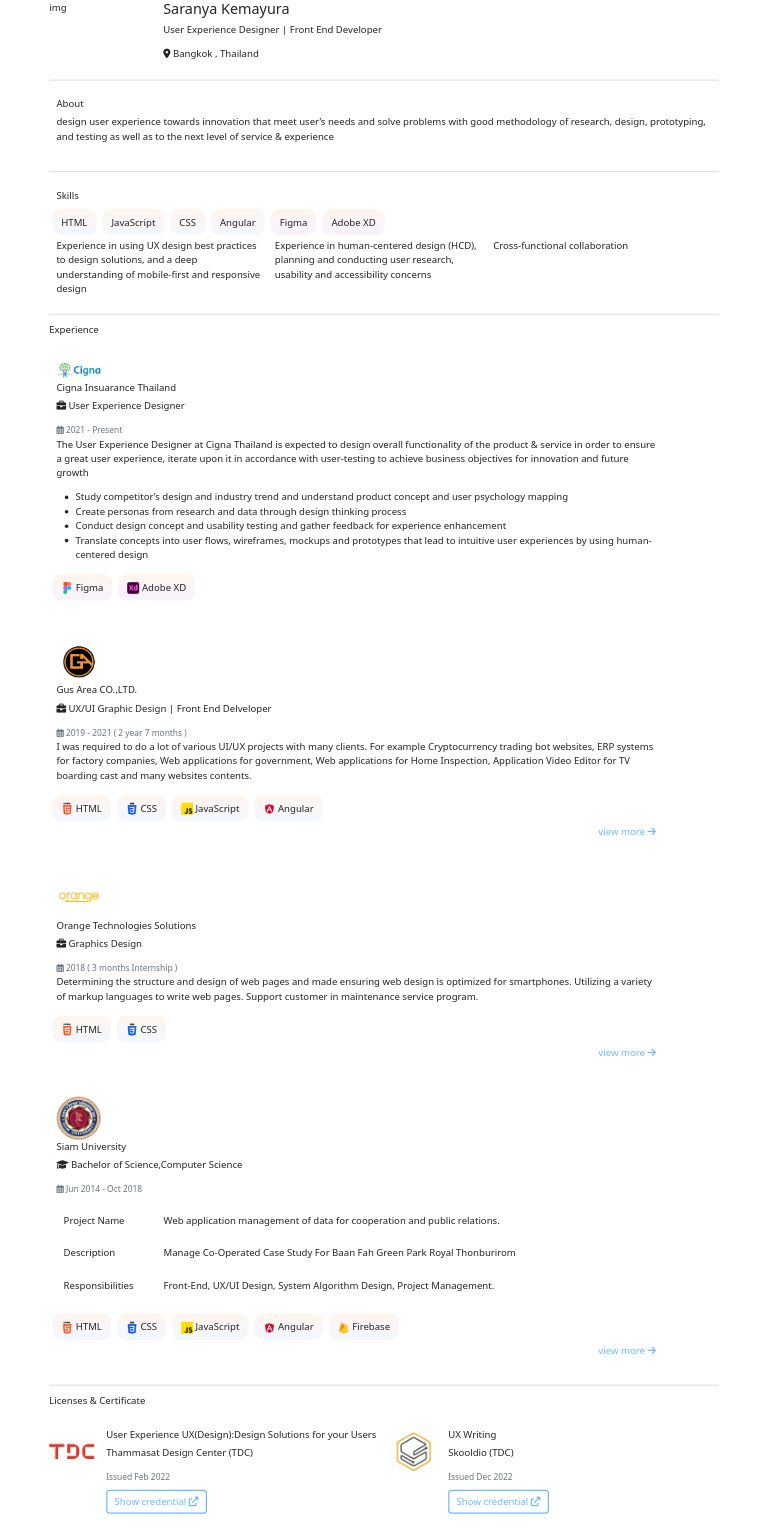
Repository: 0910th/portfolio
Page: index.html
An editor plug-in stored every save of this project. The page is shown before and after the next save, followed by the edit.
The browser window is 1280 px wide. The pictures show the whole page, at 60% of full size.

Above is the page before, as saved 2022-12-23 14:57:28.

### index.html
<!doctype html>
<html lang="en">

<head>
    <meta charset="utf-8">
    <meta name="viewport" content="width=device-width, initial-scale=1">
    <title>Saranya Portfolio</title>

    <link href="./css/bootstrap.min.css" rel="stylesheet" crossorigin="anonymous">
    <link href="./css/mystyle.css" rel="stylesheet" crossorigin="anonymous">
    <!--font awesome -->
    <link rel="stylesheet" href="./fontawesome/css/all.css" type="text/css">
    <link rel="stylesheet" href="./fontawesome/css/fontawesome.css">
    <link rel="stylesheet" href="./fontawesome/css/brands.css">
    <link rel="stylesheet" href="./fontawesome/css/solid.css">
</head>

<body>

    <div class="container-md">
        <!-- Content here -->
        <!-- section01 Name  -->
        <div class="row justify-content-start">
            <div class="col-2">
                img
            </div>
            <div class="col-10">
                <h4>Saranya Kemayura</h4>
                <p>User Experience Designer | Front End Developer</p>
                <p><i class="fa-solid fa-location-dot"></i> Bangkok , Thailand </p>
            </div>

        </div>
        <hr>
        <div class="row mg-30">

            <h6>About</h6>
            <p>design user experience towards innovation that meet user’s needs and solve problems with good methodology of
                research,
                design, prototyping, and testing as well as to the next level of service & experience</p>
        </div>
        <hr>
        <div class="row mg-30">
            <h6>Skills</h6>
            <div class="badge-text code">HTML</div>
            <div class="badge-text code">JavaScript</div>
            <div class="badge-text code">CSS</div>
            <div class="badge-text code">Angular</div>
            <div class="badge-text design">Figma</div>
            <div class="badge-text design">Adobe XD</div>
            <div class="row">
                <div class="col">
                    Experience in using UX design best practices to design solutions, and a deep understanding of mobile-first and
                    responsive design
                </div>
                <div class="col">
                    Experience in human-centered design (HCD), planning and conducting user research, usability and accessibility concerns
                </div>
                <div class="col">
                    Cross-functional collaboration
                </div>
            </div>
            <!-- <div class="text-list">
                <ul>
                    <li> .</li>
                    <li>.</li>
                    <li> .</li>
                </ul>
            </div> -->
        </div>
        <hr>
        <div class="row">

            <h6>Experience</h6>
            <div class="row mg-30 vertical-line">
                <div class="col">
                    <img class="office-logo" src="/images/cignalogo.png">
                </div>
                <div class="col-11">
                    <h6> Cigna Insuarance Thailand </h6>
                    <p><i class="fa-solid fa-briefcase"></i> User Experience Designer </p>
                    <small class="text-muted"> <i class="fa-regular fa-calendar-days"></i> 2021 - Present </small>

                    <p > The User Experience Designer at Cigna Thailand is expected to design overall functionality of the product & service in
                    order to ensure a great user experience, iterate upon it in accordance with user-testing to achieve business objectives
                    for innovation and future growth </p>
                        <ul>
                            <li>Study competitor’s design and industry trend and understand product concept and user psychology mapping</li>
                            <li>Create personas from research and data through design thinking process</li>
                            <li>Conduct design concept and usability testing and gather feedback for experience enhancement</li>
                            <li>Translate concepts into user flows, wireframes, mockups and prototypes that lead to intuitive user experiences by
                            using human-centered design</li>
                        </ul>
                        <div class="row">
                            <div class="badge-text design"><img src="/images/figma.png" class="icon-logo"> Figma </div>
                            <div class="badge-text design"><img src="/images/xd.png" class="icon-logo"> Adobe XD </div>

                        </div>
                </div>

            </div>
            <div class="row mg-30 vertical-line">
                <div class="col">
                    <img class="office-logo" src="/images/guslogo.png">
                </div>
                <div class="col-11">
                    <h6> Gus Area CO.,LTD.   </h6>
                    <p> <i class="fa-solid fa-briefcase"></i> UX/UI Graphic Design | Front End Delveloper </p>
                    <small class="text-muted"> <i class="fa-regular fa-calendar-days"></i> 2019 - 2021 ( 2 year 7 months ) </small>

                    <p> I was required to do a lot of various UI/UX projects with many clients. For example Cryptocurrency trading bot websites,
                    ERP systems for factory companies, Web applications for government, Web applications for Home Inspection, Application
                    Video Editor for TV boarding cast and many websites contents.  </p>
                    <div class="row">
                        <div class="badge-text code"><img src="/images/html-5.png" class="icon-logo"> HTML </div>
                        <div class="badge-text code"><img src="/images/css-3.png" class="icon-logo"> CSS </div>
                        <div class="badge-text code"><img src="/images/js.png" class="icon-logo"> JavaScript </div>
                        <div class="badge-text code"><img src="/images/angular.png" class="icon-logo"> Angular </div>
                    </div>
                    <div class="align-end">
                        <a href="https://drive.google.com/file/d/1GT6gE9DtqS3qcQ0BoRsfJf4KunN4CFvU/view?usp=share_link" target="_blank"> view
                            more <i class="fa-sharp fa-solid fa-arrow-right"></i> </a>
                    </div>

                </div>

            </div>
            <div class="row mg-30 vertical-line">
                <div class="col">
                    <img class="office-logo" src="/images/orangelogo.jpg">
                </div>
                <div class="col-11">
                    <h6> Orange Technologies Solutions   </h6>
                    <p> <i class="fa-solid fa-briefcase"></i> Graphics Design </p>
                    <small class="text-muted"> <i class="fa-regular fa-calendar-days"></i> 2018 ( 3 months Internship ) </small>

                    <p> Determining the structure and design of web pages and made
                        ensuring web design is optimized for smartphones. Utilizing a variety of
                        markup languages to write web pages. Support customer in maintenance
                        service program. </p>
                    <div class="row">
                        <div class="badge-text code"><img src="/images/html-5.png" class="icon-logo"> HTML </div>
                        <div class="badge-text code"><img src="/images/css-3.png" class="icon-logo"> CSS </div>
                    </div>
                    <div class="align-end">
                        <a href="https://drive.google.com/file/d/1MODC7KRE6SoKk1lN0rvdMFdlt3xqDC_x/view?usp=sharing" target="_blank"> view
                            more <i class="fa-sharp fa-solid fa-arrow-right"></i> </a>
                    </div>
                </div>

            </div>
            <div class="row mg-30 vertical-line">
                <div class="col">
                    <img class="office-logo" src="/images/siamlogo.jpg">
                </div>
                <div class="col-11">
                    <h6> Siam University </h6>
                    <p> <i class="fa-solid fa-graduation-cap"></i> Bachelor of Science,Computer Science </p>
                    <small class="text-muted"> <i class="fa-regular fa-calendar-days"></i> Jun 2014 - Oct 2018 </small>

                    <div class="row mg-30">
                        <div class="col-md-2"> Project Name </div>
                        <div class="col-md-10"> Web application management of data for cooperation and public
                        relations. </div>
                    </div>
                    <div class="row mg-30">
                        <div class="col-md-2"> Description </div>
                        <div class="col-md-10"> Manage Co-Operated Case Study For Baan Fah Green Park Royal
                            Thonburirom </div>
                    </div>
                    <div class="row mg-30">
                        <div class="col-md-2"> Responsibilities </div>
                        <div class="col-md-10"> Front-End, UX/UI Design, System Algorithm Design, Project Management. </div>
                    </div>
                    <div class="row">
                        <div class="row">
                            <div class="badge-text code"><img src="/images/html-5.png" class="icon-logo"> HTML </div>
                            <div class="badge-text code"><img src="/images/css-3.png" class="icon-logo"> CSS </div>
                            <div class="badge-text code"><img src="/images/js.png" class="icon-logo"> JavaScript </div>
                            <div class="badge-text code"><img src="/images/angular.png" class="icon-logo"> Angular </div>
                            <div class="badge-text code"><img src="/images/firebaselogo.png" class="icon-logo"> Firebase </div>

                        </div>
                    </div>
                    <div class="align-end">
                        <a href="https://drive.google.com/file/d/1-WiQ9sEVFjpiMQZhy3hezphQuEG-YV4b/view?usp=sharing" target="_blank"> view more <i class="fa-sharp fa-solid fa-arrow-right"></i> </a>
                    </div>
                </div>

            </div>
        </div>
        <hr>
        <h6>Licenses & Certificate</h6>
        <div class="row">


                <div class="col-md-6 mg-30">
                    <div class="row">
                        <div class="col-md-2">
                            <img class="office-logo" src="/images/tdclogo.jpg">
                        </div>
                        <div class="col-md-10">
                            <h6>User Experience UX(Design):Design Solutions for your Users</h6>
                            <p>Thammasat Design Center (TDC)</p>
                            <small class="text-muted"> Issued Feb 2022 </small>
                            <div class="">
                                <a class="btn btn-outline-primary"
                                    href="https://drive.google.com/file/d/1K9nLmPM9IpYpREJaLTQpupgg0pyApNxf/view?usp=sharing" target="_blank">Show
                                    credential <i class="fa-solid fa-up-right-from-square"></i> </a>
                            </div>
                        </div>
                    </div>

                </div>
                <div class="col-md-6 mg-30">
                    <div class="row">
                        <div class="col-md-2">
                            <img class="office-logo" src="/images/skooldiologo.jpg">
                        </div>
                        <div class="col-md-10">
                            <h6>UX Writing</h6>
                            <p>Skooldio (TDC)</p>
                            <small class="text-muted"> Issued Dec 2022 </small>
                            <div class="">
                                <a class="btn btn-outline-primary" href="https://drive.google.com/file/d/1BEAHY4evkZaUVi4WXsF9LlQV7Dov4a3x/view?usp=sharing" target="_blank">Show credential <i class="fa-solid fa-up-right-from-square"></i> </a>
                            </div>
                        </div>
                    </div>

                </div>

        </div>

    </div>

    <!-- script -->
    <script src="https://cdn.jsdelivr.net/npm/@popperjs/core@2.11.6/dist/umd/popper.min.js"
        integrity="sha384-oBqDVmMz9ATKxIep9tiCxS/Z9fNfEXiDAYTujMAeBAsjFuCZSmKbSSUnQlmh/jp3"
        crossorigin="anonymous"></script>
    <script src="https://cdn.jsdelivr.net/npm/bootstrap@5.2.3/dist/js/bootstrap.min.js"
        integrity="sha384-cuYeSxntonz0PPNlHhBs68uyIAVpIIOZZ5JqeqvYYIcEL727kskC66kF92t6Xl2V"
        crossorigin="anonymous"></script>
</body>

</html>

### css/mystyle.css

.text-right {
    text-align: right;
}
.mg-30 {
    margin: 30px 0px;
}
.badge-text {
    padding: 10px 15px;
    margin: 5px 5px;
    text-align: justify;
    vertical-align: middle;
    width: max-content;
    border-radius: 15px;

}
.badge-text.code {
    background-color: #f0f8ff;
    background: linear-gradient(180deg,rgba(255,153,80,.1),rgba(129, 177, 255, 0.1));
}
.badge-text.design {
    background-color: #fff3b7;
    background: linear-gradient(180deg,rgba(255,153,80,.1),rgba(184,129,255,.1));

}

.icon-logo {
    max-width: 20px;
    height: auto;
}
.office-logo {
    max-width: 75px;
}
.align-end {
    text-align: right;
}
.align-end a {
    text-decoration: none;
    color: #6fb9fa;
}
.align-end a:hover {
    color:#54adfa;
}
a.btn.btn-outline-primary {
    margin: 10px 0;
    color:  #6fb9fa;
    border: 2px solid #6fb9fa;

}
a.btn.btn-outline-primary:hover {
    color:  #ffffff;
    border-color: #54adfa;
    background-color:  #54adfa;
}
@media (max-width:450px) {
    .vertical-line {
        border-left: 2px solid #e3e3e3;
        margin-left: 15px;
    }
}

Loaded but not shown: css/bootstrap.min.css (library); fontawesome/css/all.css (library); fontawesome/css/fontawesome.css (library); fontawesome/css/solid.css (common file); fontawesome/css/brands.css (1432 lines, source omitted)

After the next save:
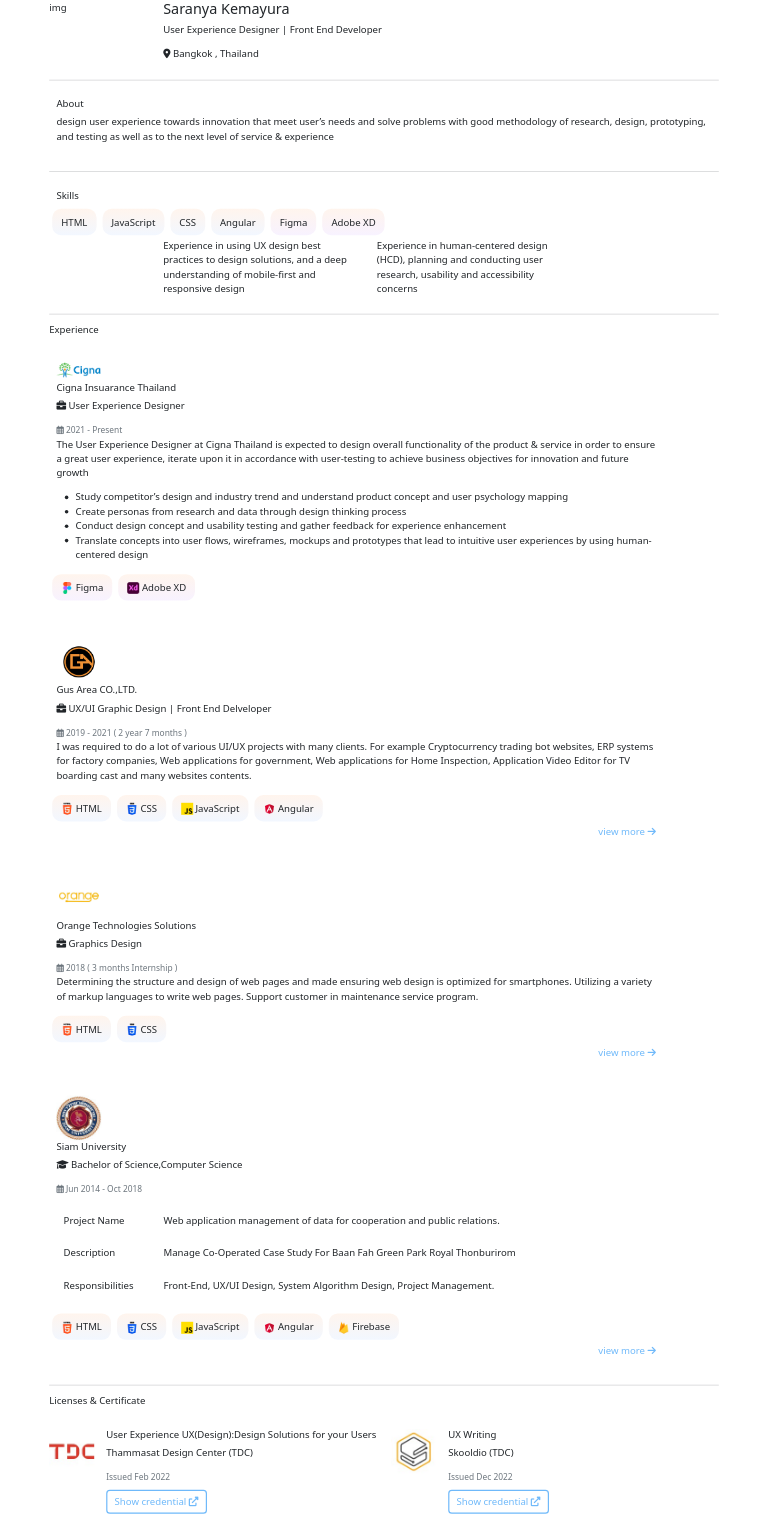
Saved 104 s later.
--- a/index.html
+++ b/index.html
@@ -49,15 +49,14 @@
             <div class="badge-text design">Figma</div>
             <div class="badge-text design">Adobe XD</div>
             <div class="row">
-                <div class="col">
-                    Experience in using UX design best practices to design solutions, and a deep understanding of mobile-first and
-                    responsive design
-                </div>
-                <div class="col">
-                    Experience in human-centered design (HCD), planning and conducting user research, usability and accessibility concerns
-                </div>
-                <div class="col">
-                    Cross-functional collaboration
+                <div class="row justify-content-center">
+                    <div class="col-4">
+                        Experience in using UX design best practices to design solutions, and a deep understanding of mobile-first and
+                        responsive design
+                    </div>
+                    <div class="col-4">
+                        Experience in human-centered design (HCD), planning and conducting user research, usability and accessibility concerns
+                    </div>
                 </div>
             </div>
             <!-- <div class="text-list">
